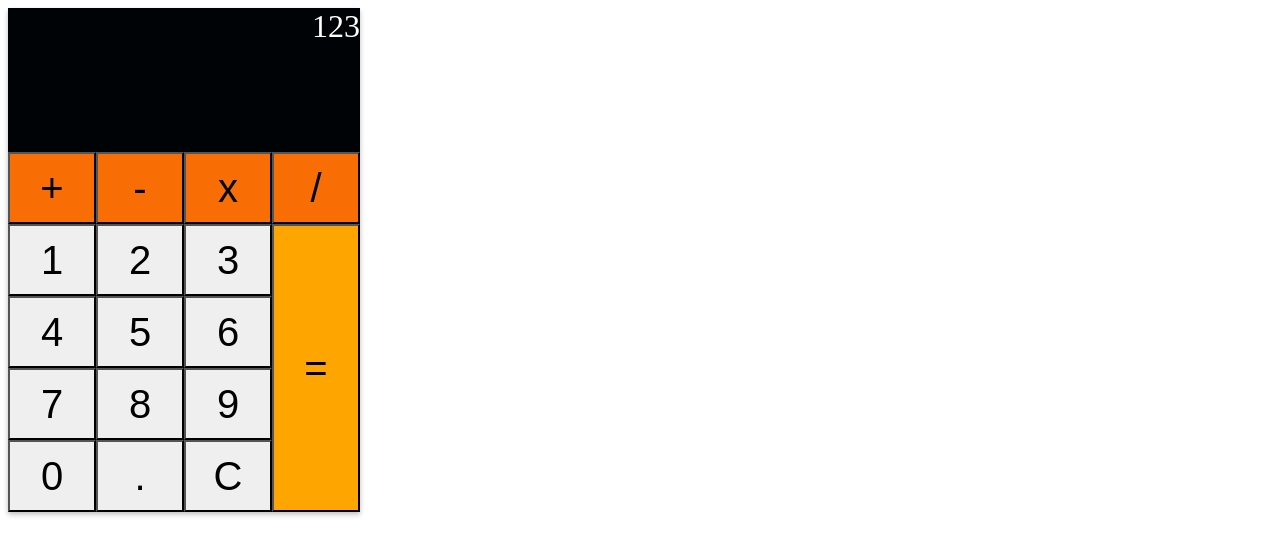
Repository: TEazy2433/LAB-calculator
Page: index.html
These files come from the project's save history. The page is drawn as it stood at one moment and after the next save; the edit follows.
The browser window is 1280 px wide. The pictures show the whole page.

Above is the page before, as saved 2023-10-14 10:32:02.

After the next save:
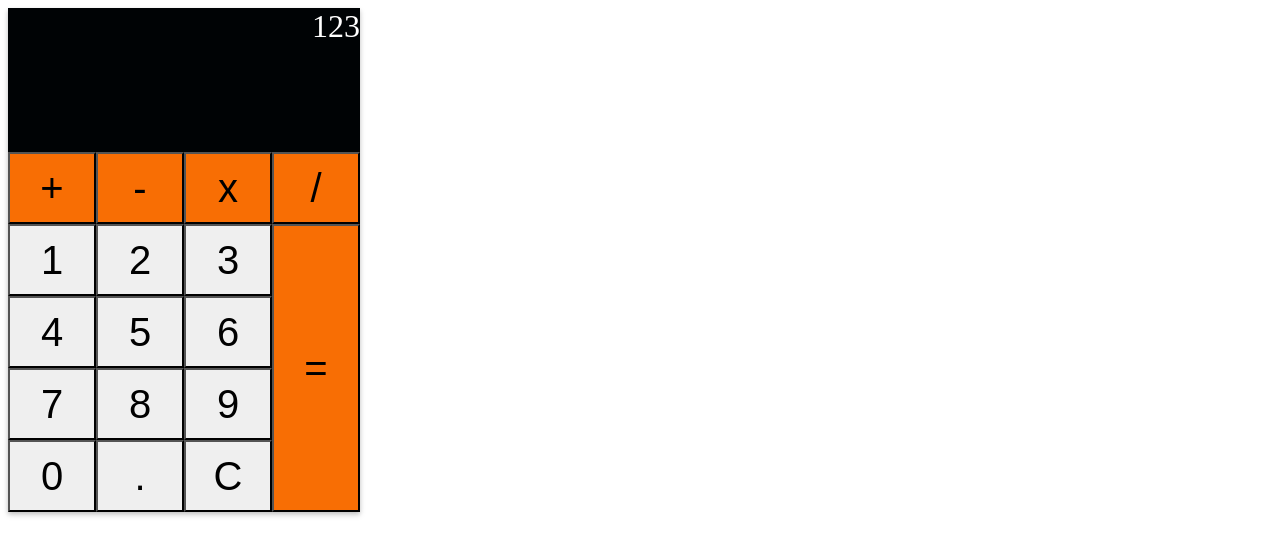
Saved 68 min 36 s later.
--- a/main.css
+++ b/main.css
@@ -35,5 +35,5 @@
 .key--enter{
   grid-column: 4 / 5;
   grid-row: 2/ span 4;
-  background-color: orange;
+  background-color: rgb(248, 110, 4);
 }
